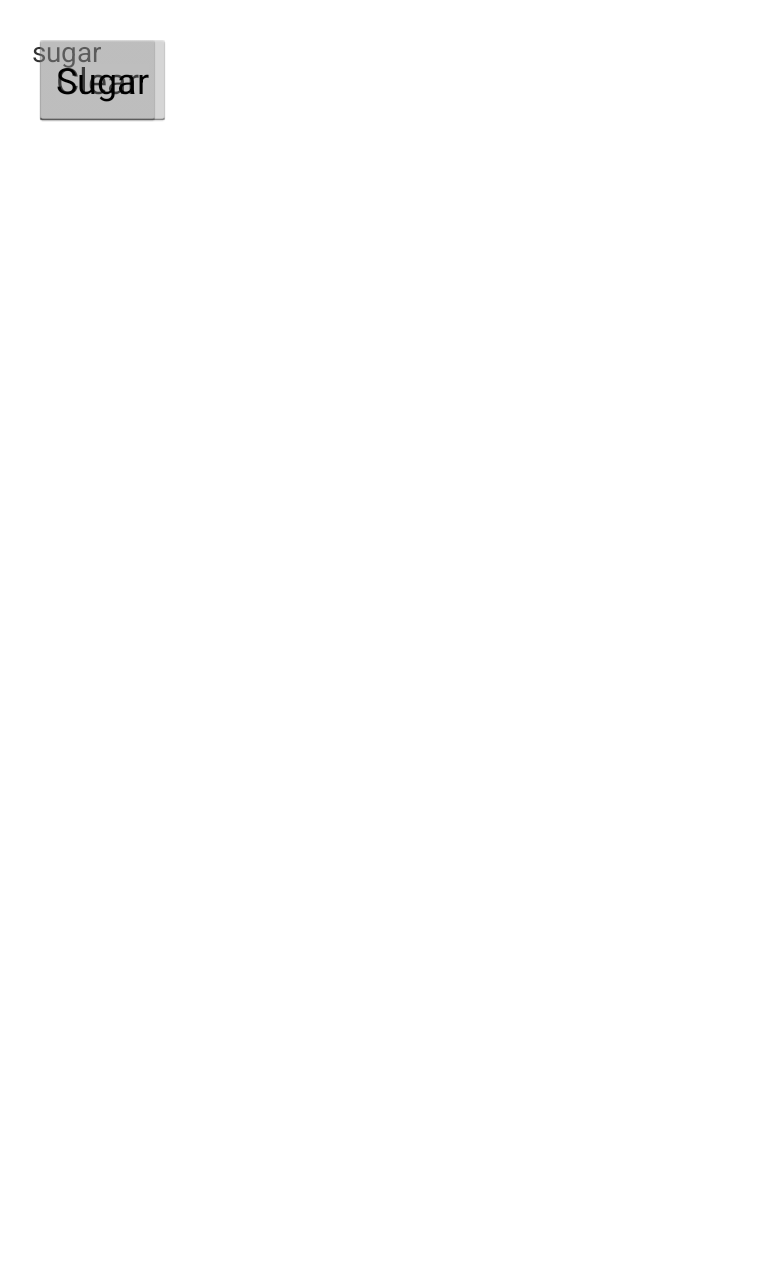
Repository: MICHAELDOVOHORG/mobiledev
Layout: Let'sChat/res/layout/activity_main.xml
The author's editor kept a copy of each file at every save. The layout is drawn from the files as they stood at one save, then again after the next save.
It is drawn on a 768 x 1280 px phone screen (xhdpi) without system bars, with theme AppTheme; the app's code is not run. Lists and similar views that code fills are empty.

Above is the layout before, as saved 2014-03-07 07:24:42.

After the next save:
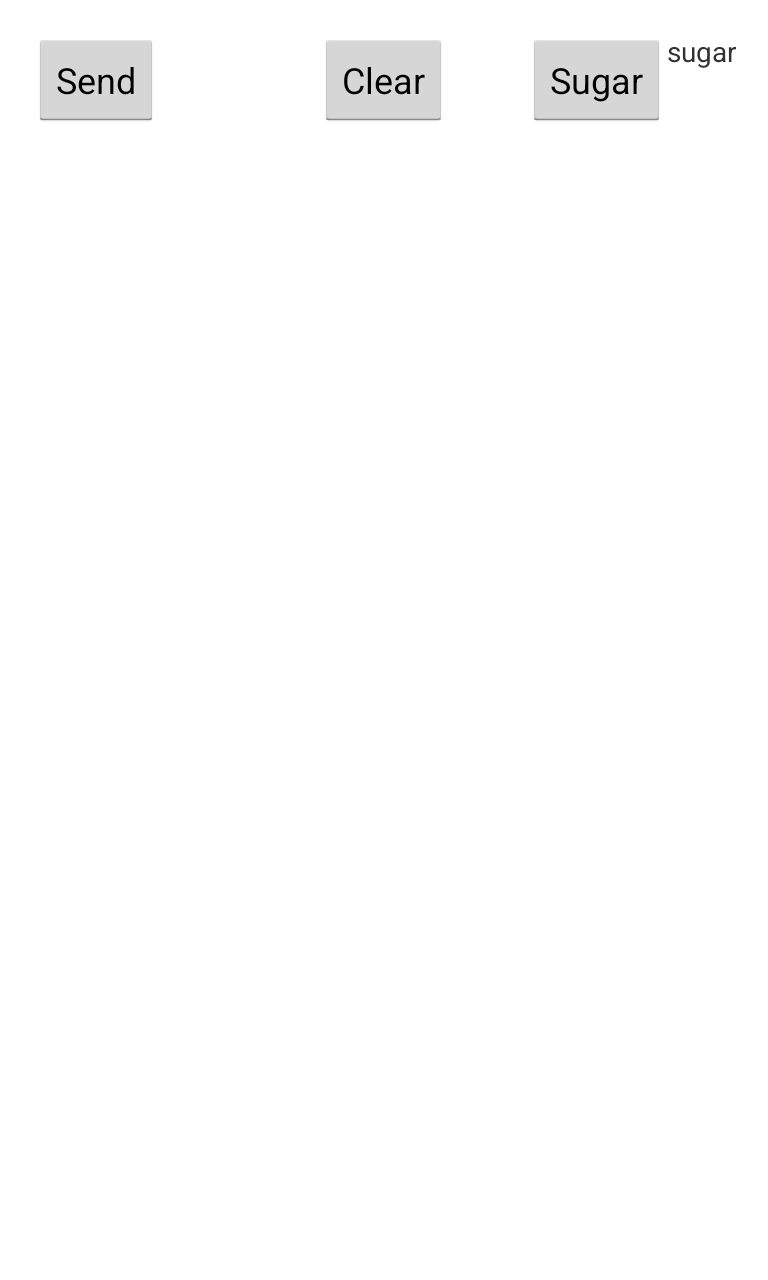
Saved 61 s later.
--- a/Let'sChat/res/layout/activity_main.xml
+++ b/Let'sChat/res/layout/activity_main.xml
@@ -15,36 +15,41 @@
 
     <Button
         android:id="@+id/send"
-        android:layout_toRightOf="@id/display"
-        android:layout_alignRight="@id/display"
         android:layout_width="wrap_content"
         android:layout_height="wrap_content"
         android:onClick="onClick"
         android:text="Send" />
 
-    <Button
-        android:id="@+id/clear"
+    <ListView
+        android:id="@+id/list"
         android:layout_width="wrap_content"
         android:layout_height="wrap_content"
-        android:text="Clear"
-        android:onClick="onClick" />
+        android:layout_below="@+id/clear" />
 
     <TextView
         android:id="@+id/sugar"
         android:layout_width="wrap_content"
         android:layout_height="wrap_content"
+        android:layout_alignRight="@+id/list"
+        android:layout_alignTop="@+id/sugarButton"
         android:text="sugar" />
 
     <Button
         android:id="@+id/sugarButton"
         android:layout_width="wrap_content"
         android:layout_height="wrap_content"
-        android:text="Sugar"
-        android:onClick="sugar" />
+        android:layout_above="@+id/list"
+        android:layout_toLeftOf="@+id/sugar"
+        android:onClick="sugar"
+        android:text="Sugar" />
 
-    <ListView
-        android:id="@+id/list"
+    <Button
+        android:id="@+id/clear"
         android:layout_width="wrap_content"
-        android:layout_height="wrap_content" />
+        android:layout_height="wrap_content"
+        android:layout_alignTop="@+id/display"
+        android:layout_centerHorizontal="true"
+        android:onClick="onClick"
+        android:text="Clear" />
 
 </RelativeLayout>
